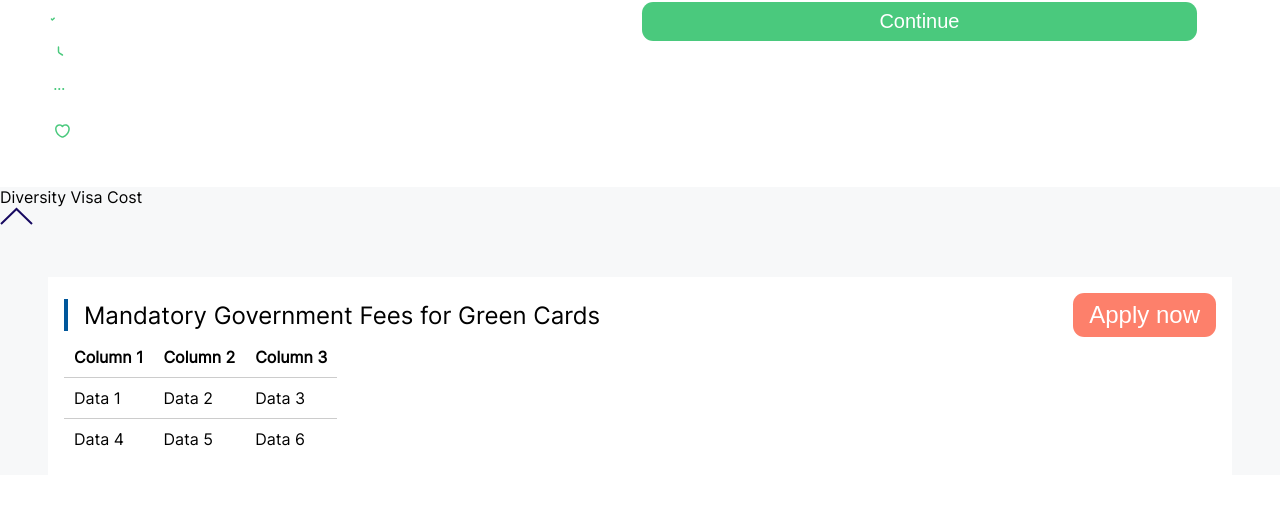
Repository: switch247/small_ui
Page: /, after clicking the first element matching `div.dropdown__clickable`
The author's editor kept a copy of each file at every save. The page is drawn from the files as they stood at one save, then again after the next save.
The browser window is 1280 px wide. The pictures show the part of the page from y = 720 to 1243 px (the page is 1243 px tall).
The project was rebuilt for these pictures with package versions that can differ from the ones it lists, and the page was loaded fresh each time.

Above is the page before, as saved 2023-10-12 17:10:43.

After the next save:
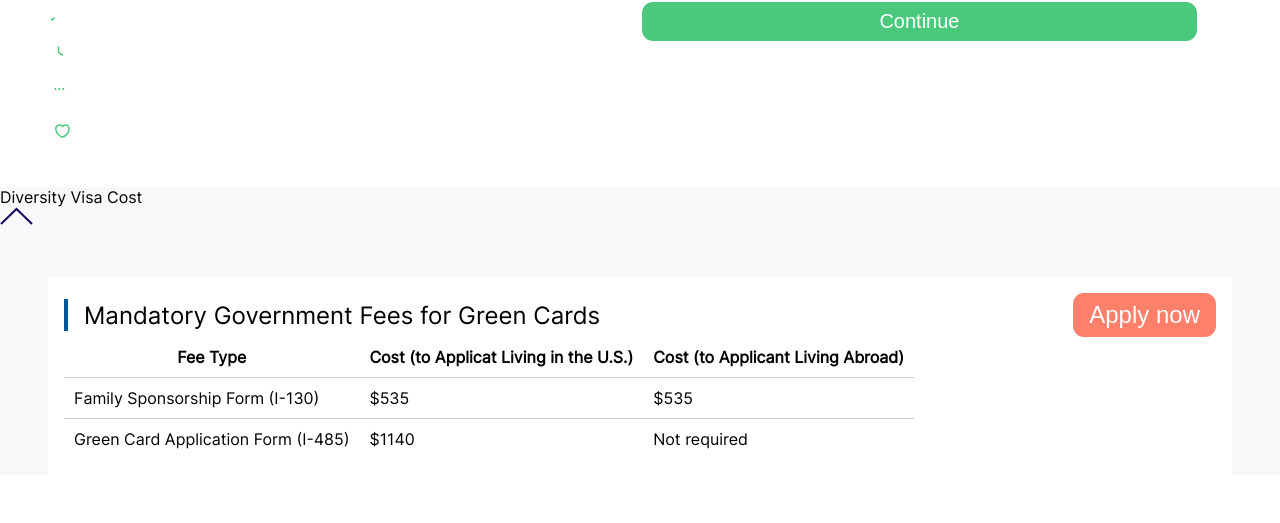
Saved 93 s later.
--- a/src/components/Table.tsx
+++ b/src/components/Table.tsx
@@ -24,21 +24,21 @@ const TableView: React.FC<Props> = () => {
       <table>
         <thead>
           <tr>
-            <th>Column 1</th>
-            <th>Column 2</th>
-            <th>Column 3</th>
+            <th>Fee Type</th>
+            <th>Cost (to Applicat Living in the U.S.)</th>
+            <th>Cost (to Applicant Living Abroad)</th>
           </tr>
         </thead>
         <tbody>
           <tr>
-            <td>Data 1</td>
-            <td>Data 2</td>
-            <td>Data 3</td>
+            <td>Family Sponsorship Form (I-130)</td>
+            <td>$535</td>
+            <td>$535</td>
           </tr>
           <tr>
-            <td>Data 4</td>
-            <td>Data 5</td>
-            <td>Data 6</td>
+            <td>Green Card Application Form (I-485)</td>
+            <td>$1140</td>
+            <td>Not required</td>
           </tr>
         </tbody>
       </table>
